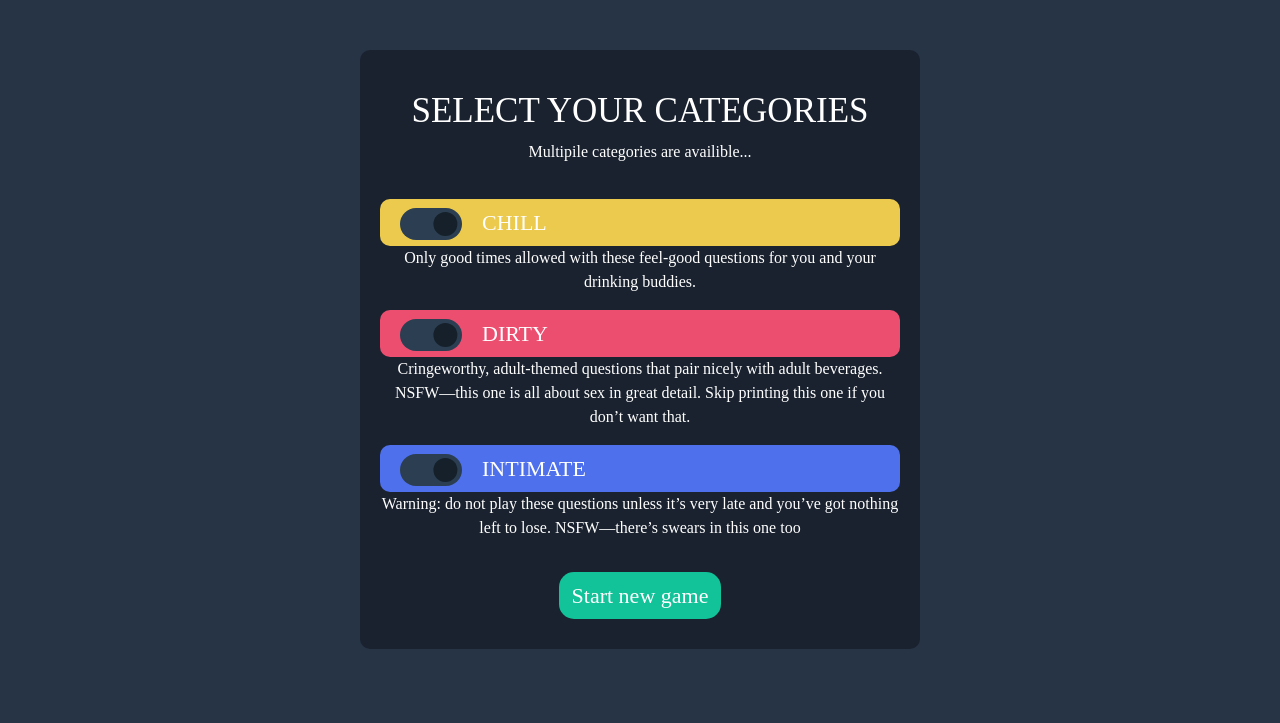
Repository: RafaelAshurov/TruthOrDrink
Page: /chose-your-categories
These files come from the project's save history. The page is drawn as it stood at one moment and after the next save; the edit follows.
The browser window is 1280 px wide. The pictures show the whole page.
Some web fonts or font styles are not loaded; a fallback is used. The project was rebuilt for these pictures with package versions that can differ from the ones it lists, and the page was loaded fresh each time. Also part of the build but not shown: src/views/StartGame.vue, src/views/QuestionsPage.vue.

Above is the page before, as saved 2020-10-10 21:41:10.

### public/index.html
<!DOCTYPE html>
<html lang="en">
    <head>
        <meta charset="utf-8" />
        <meta http-equiv="X-UA-Compatible" content="IE=edge" />
        <meta name="viewport" content="width=device-width,initial-scale=1.0" />
        <link rel="icon" href="<%= BASE_URL %>favicon.ico" />
        <title>Truth Or Drink</title>
        <link
            href="https://fonts.googleapis.com/css2?family=Chilanka&display=swap"
            rel="stylesheet"
        />
    </head>
    <body>
        <noscript>
            <strong
                >We're sorry but truth_or_drink doesn't work properly without JavaScript enabled.
                Please enable it to continue.</strong
            >
        </noscript>
        <div id="app"></div>
        <!-- built files will be auto injected -->
    </body>
</html>

### src/App.vue
<template>
    <div id="app" class="container-fluid">
        <div class="row justify-content-center text-center">
            <div class="col-12 col-md-8 col-lg-6 site-content">
                <router-view />
            </div>
        </div>
    </div>
</template>

<style lang="scss">
#app {
    .site-content {
        padding: 50px 40px;
    }
}
.alert.alert-danger.open-alert {
    max-height: 100px;
}
.alert.alert-danger.close-alert {
    max-height: 0px;
    overflow: hidden;
    padding: 0;
    border: none;
}
.capital-font {
    text-transform: uppercase;
}
button.btn {
    background-color: #12c298;
    color: #ffffff;
    font-size: 22px;
    font-weight: 400;
    border-radius: 15px;
}
.site-card {
    background-color: #1a222f;
    border-radius: 10px;
    padding: 30px 20px;
    margin: 0 auto;
    max-height: 1000px;
    overflow: hidden;
}
.site-card.site-card-collapse {
    max-height: 0px;
    padding-top: 20px !important;
    padding-bottom: 0 !important;
}
body {
    background-color: #273446;
    color: #ffffff;
    font-family: "Chilanka", cursive;
}
* {
    transition: all 0.4s ease;
}
</style>

### src/router.js
import Vue from "vue";
import Router from "vue-router";
import StartGame from "./views/StartGame.vue";
import CategorySelect from "./views/CategorySelect.vue";
import QuestionsPage from "./views/QuestionsPage.vue";

Vue.use(Router);

export default new Router({
    mode: "history",
    base: process.env.BASE_URL,
    routes: [
        {
            path: "/",
            name: "startGame",
            component: StartGame
        },
        {
            path: "/chose-your-categories",
            name: "categories",
            component: CategorySelect
        },
        {
            path: "/drink-up",
            name: "questionsPage",
            component: QuestionsPage,
            props: true
        }
    ]
});

### src/views/CategorySelect.vue
<template>
    <div class="category-select-page site-card" :class="{ 'site-card-collapse': collapsed }">
        <h1 class="capital-font">Select your categories</h1>
        <p>Multipile categories are availible...</p>
        <div class="categories-wrapper">
            <div class="category-container" v-for="category in categories" :key="category.id">
                <div class="category-btn" :style="{ 'background-color': category.color }">
                    <span
                        ><input
                            type="checkbox"
                            name="checkbox"
                            v-model="selectedCategories"
                            :value="category.name"
                    /></span>
                    <h4>
                        {{ category.name }}
                    </h4>
                </div>
                <p class="category-description">
                    {{ category.description }}
                </p>
            </div>
        </div>
        <div class="start-game-btn-wrapper">
            <div
                class="alert alert-danger"
                :class="noCategoriesAlert ? 'open-alert' : 'close-alert'"
                role="alert"
            >
                You have to chose atleast one category
            </div>
            <button @click="startNewGame()" type="button" class="btn btn-bg">
                Start new game
            </button>
        </div>
    </div>
</template>

<script>
import { QuestionList } from "../helpers/questionsList";

export default {
    data() {
        return {
            categories: [],
            selectedCategories: [],
            noCategoriesAlert: false,
            collapsed: true
        };
    },
    created: function() {
        const categories = this.fillterCategories(QuestionList);
        this.setCategoriesObjects(categories);
    },
    computed: {},
    mounted: function() {
        this.collapsed = false;
    },
    methods: {
        fillterCategories(questionsList) {
            let categoriesArr = [];
            questionsList.forEach(question => {
                if (!categoriesArr.includes(question.category))
                    categoriesArr.push(question.category);
            });
            return categoriesArr;
        },
        setCategoriesObjects(categories) {
            categories.forEach(categoryName => {
                let categoryObj = {};
                switch (categoryName) {
                    case "chill":
                        categoryObj = {
                            id: 1,
                            name: categoryName,
                            color: "#ecca4e",
                            description:
                                "Only good times allowed with these feel-good questions for you and your drinking buddies. "
                        };
                        break;
                    case "dirty":
                        categoryObj = {
                            id: 2,
                            name: categoryName,
                            color: "#ec4e70",
                            description:
                                "Cringeworthy, adult-themed questions that pair nicely with adult beverages. NSFW—this one is all about sex in great detail. Skip printing this one if you don’t want that."
                        };
                        break;
                    case "intimate":
                        categoryObj = {
                            id: 3,
                            name: categoryName,
                            color: "#4e70ec",
                            description:
                                "Warning: do not play these questions unless it’s very late and you’ve got nothing left to lose. NSFW—there’s swears in this one too"
                        };
                        break;
                    default:
                        categoryObj = {
                            id: 4,
                            name: categoryName,
                            color: "#000000",
                            description: ""
                        };
                        break;
                }
                this.categories.push(categoryObj);
            });
        },
        startNewGame() {
            if (this.selectedCategories.length === 0) {
                this.noCategoriesAlert = true;
            } else {
                this.collapsed = true;
                setTimeout(() => {
                    this.$router.push({
                        name: "questionsPage",
                        params: { selectedCategories: JSON.stringify(this.selectedCategories) }
                    });
                }, 400);
            }
        }
    }
};
</script>

<style lang="scss">
.category-select-page {
    h1.capital-font {
        margin-top: 10px;
        font-size: 35px;
    }
    .categories-wrapper {
        display: flex;
        flex-direction: column;
        padding-top: 19px;

        .category-container {
            display: inline-block;
            margin: 0 auto;

            .category-btn {
                border-radius: 10px;
                display: flex;
                align-items: center;
                padding: 10px 0 0 0;
                h4 {
                    display: inline-block;
                    text-transform: uppercase;
                    color: #ffffff;
                    font-size: 22px;
                }
            }
        }
    }
}

.transition,
input[type="radio"]:after,
input[type="checkbox"][type="radio"]:after,
input[type="checkbox"]:after {
    -moz-transition: all 0.25s cubic-bezier(0.75, 0.01, 0.48, 2);
    -o-transition: all 0.25s cubic-bezier(0.75, 0.01, 0.48, 2);
    -webkit-transition: all 0.25s cubic-bezier(0.75, 0.01, 0.48, 2);
    transition: all 0.25s cubic-bezier(0.75, 0.01, 0.48, 2);
}

.bgTransition,
input[type="radio"]:before,
input[type="checkbox"][type="radio"]:before,
input[type="checkbox"]:before {
    -moz-transition: all 0.25s ease-in-out;
    -o-transition: all 0.25s ease-in-out;
    -webkit-transition: all 0.25s ease-in-out;
    transition: all 0.25s ease-in-out;
}

input[type="radio"],
input[type="checkbox"] {
    position: relative;
}
input[type="radio"]:before,
input[type="radio"]:after,
input[type="checkbox"]:before,
input[type="checkbox"]:after {
    content: "";
    position: absolute;
}
input[type="radio"]:before,
input[type="checkbox"]:before {
    height: 100%;
}
input[type="radio"][type="radio"],
input[type="checkbox"][type="radio"] {
    border-radius: 30px;
}
input[type="radio"][type="radio"]:before,
input[type="checkbox"][type="radio"]:before {
    width: 100%;
    border-radius: 30px;
    background-color: #2c3f52;
    box-shadow: 0 0 0 1px #2c3f52;
}
input[type="radio"][type="radio"]:after,
input[type="checkbox"][type="radio"]:after {
    width: 100%;
    height: 100%;
    border-radius: 30px;
    background-color: #15202a;
    -moz-transform: scale(0, 0);
    -ms-transform: scale(0, 0);
    -webkit-transform: scale(0, 0);
    transform: scale(0, 0);
}
input[type="radio"][type="radio"]:checked:after,
input[type="checkbox"][type="radio"]:checked:after {
    -moz-transform: scale(0.75, 0.75);
    -ms-transform: scale(0.75, 0.75);
    -webkit-transform: scale(0.75, 0.75);
    transform: scale(0.75, 0.75);
}
input[type="radio"][type="radio"]:checked:before,
input[type="checkbox"][type="radio"]:checked:before {
    background-color: #85ff7a;
    box-shadow: 0 0 0 1px #85ff7a;
}
input[type="radio"][type="checkbox"]:before,
input[type="checkbox"][type="checkbox"]:before {
    width: 200%;
    background-color: #2c3f52;
    box-shadow: 0 0 0 1px #2c3f52;
    -moz-transform: translate(-25%, 0);
    -ms-transform: translate(-25%, 0);
    -webkit-transform: translate(-25%, 0);
    transform: translate(-25%, 0);
    border-radius: 30px;
}
input[type="radio"][type="checkbox"]:after,
input[type="checkbox"][type="checkbox"]:after {
    width: 80%;
    height: 80%;
    margin-top: 10%;
    margin-left: 10%;
    background-color: #15202a;
    border-radius: 30px;
    -moz-transform: translate(60%, 0);
    -ms-transform: translate(60%, 0);
    -webkit-transform: translate(60%, 0);
    transform: translate(60%, 0);
}
input[type="radio"][type="checkbox"]:checked:after,
input[type="checkbox"][type="checkbox"]:checked:after {
    -moz-transform: translate(-60%, 0);
    -ms-transform: translate(-60%, 0);
    -webkit-transform: translate(-60%, 0);
    transform: translate(-60%, 0);
}
input[type="radio"][type="checkbox"]:checked:before,
input[type="checkbox"][type="checkbox"]:checked:before {
    background-color: #85ff7a;
    box-shadow: 0 0 0 1px #85ff7a;
}

input {
    margin: 36px;
}
input[type="radio"],
input[type="checkbox"] {
    cursor: pointer;
    width: 30px;
    height: 30px;
    margin-top: 0;
    margin-bottom: 0;
}

.radio,
.check {
    position: absolute;
    -moz-transform: translate(-50%, -50%);
    -ms-transform: translate(-50%, -50%);
    -webkit-transform: translate(-50%, -50%);
    transform: translate(-50%, -50%);
    top: 50%;
    left: 50%;
}

.radio {
    margin-left: -36px;
}

.check {
    margin-left: 36px;
}
</style>

Loaded but not shown: src/main.js (common file); src/plugins/bootstrap-vue.js (common file); src/helpers/questionsList.js (2107 lines, source omitted)

After the next save:
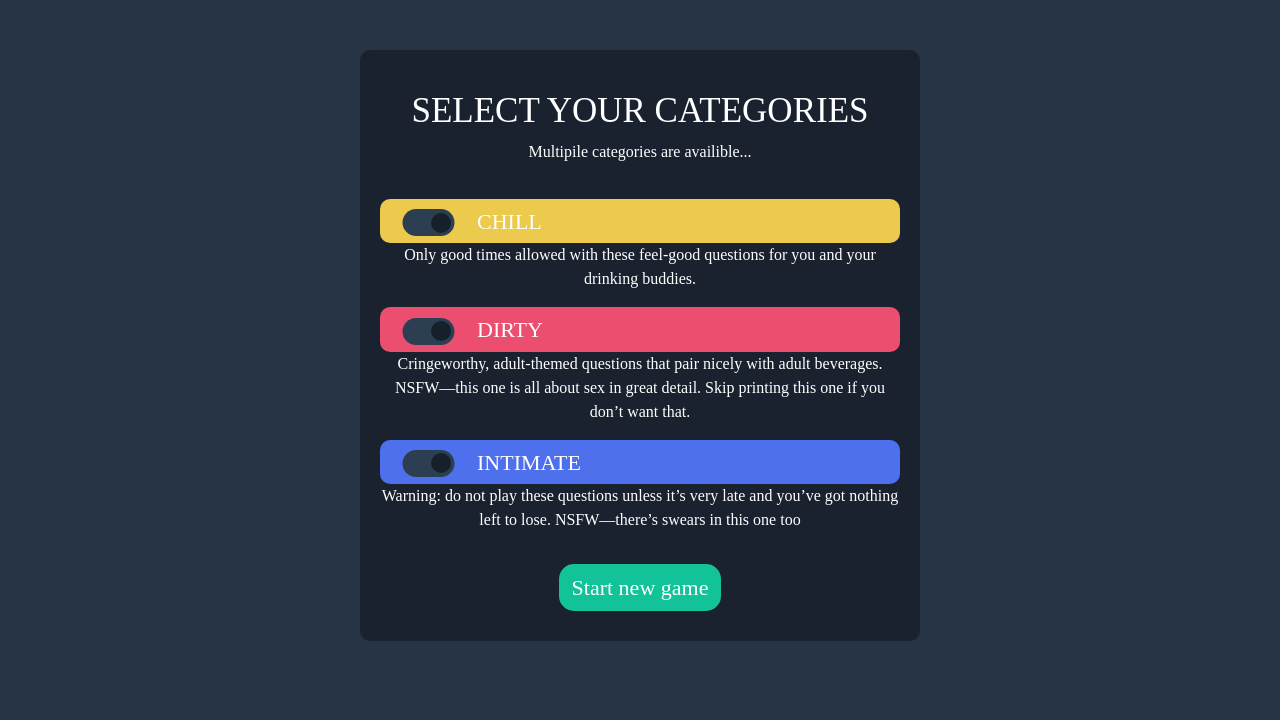
Saved 68 s later.
--- a/src/views/CategorySelect.vue
+++ b/src/views/CategorySelect.vue
@@ -268,8 +268,8 @@
 input[type="radio"],
 input[type="checkbox"] {
     cursor: pointer;
-    width: 30px;
-    height: 30px;
+    width: 25px;
+    height: 25px;
     margin-top: 0;
     margin-bottom: 0;
 }
